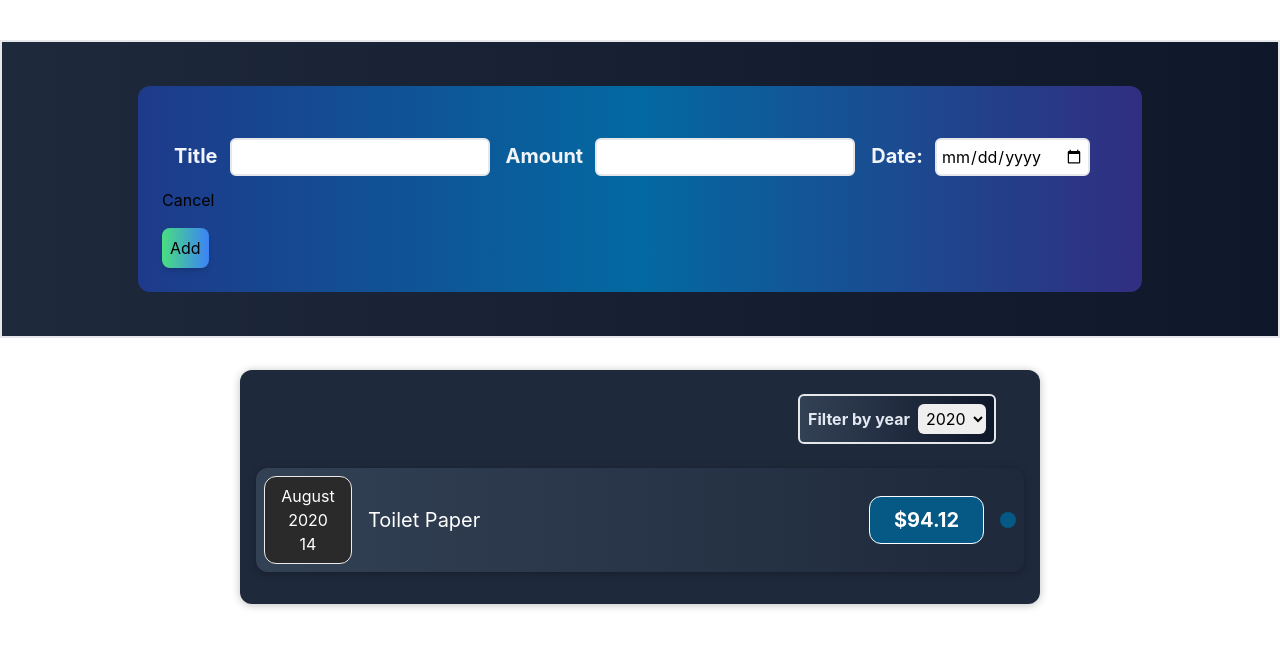
Repository: Sef24/expense-tracker
Page: /, after clicking the first element matching `button.flex`
The author's editor kept a copy of each file at every save. The page is drawn from the files as they stood at one save, then again after the next save.
The browser window is 1280 px wide. The pictures show the whole page.
The project was rebuilt for these pictures with package versions that can differ from the ones it lists, and the page was loaded fresh each time. Also part of the build but not shown: src/components/NewExpense/NewExpense.css, src/components/NewExpense/ExpenseForm.css.

Above is the page before, as saved 2022-05-03 16:36:50.

### public/index.html
<!DOCTYPE html>
<html lang="en">
  <head>
    <meta charset="utf-8" />
    <link rel="icon" href="%PUBLIC_URL%/favicon.ico" />
    <meta name="viewport" content="width=device-width, initial-scale=1" />

    <meta
      name="description"
      content="Web site created using create-react-app"
    />
    <link rel="apple-touch-icon" href="%PUBLIC_URL%/logo192.png" />
    <!--
      manifest.json provides metadata used when your web app is installed on a
      user's mobile device or desktop. See https://developers.google.com/web/fundamentals/web-app-manifest/
    -->
    <link rel="manifest" href="%PUBLIC_URL%/manifest.json" />
    <!--
      Notice the use of %PUBLIC_URL% in the tags above.
      It will be replaced with the URL of the `public` folder during the build.
      Only files inside the `public` folder can be referenced from the HTML.

      Unlike "/favicon.ico" or "favicon.ico", "%PUBLIC_URL%/favicon.ico" will
      work correctly both with client-side routing and a non-root public URL.
      Learn how to configure a non-root public URL by running `npm run build`.
    -->
    <title>React App</title>
  </head>
  <body>
    <noscript>You need to enable JavaScript to run this app.</noscript>
    <div id="root"></div>
    <!--
      This HTML file is a template.
      If you open it directly in the browser, you will see an empty page.

      You can add webfonts, meta tags, or analytics to this file.
      The build step will place the bundled scripts into the <body> tag.

      To begin the development, run `npm start` or `yarn start`.
      To create a production bundle, use `npm run build` or `yarn build`.
    -->
  </body>
</html>

### src/App.js
import Expenses from "./components/Expenses";
import NewExpense from "./components/NewExpense/NewExpense";
import { useState } from "react";

const DUMMY_DATA = [
  {
    id: "e1",
    title: "Toilet Paper",
    amount: 94.12,
    date: new Date(2020, 7, 14),
  },
  { id: "e2", title: "New TV", amount: 799.49, date: new Date(2021, 2, 12) },
  {
    id: "e3",
    title: "Car Insurance",
    amount: 294.67,
    date: new Date(2021, 2, 28),
  },
  {
    id: "e4",
    title: "New Desk (Wooden)",
    amount: 450,
    date: new Date(2021, 5, 12),
  },
];

function App() {
  const [expenses, setExpenses] = useState(DUMMY_DATA);

  const addExpenseHandler = (expense) => {
    setExpenses((prevExpenses) => {
      return [expense, ...prevExpenses];
    });
  };
  return (
    <div>
      <div>
        <NewExpense onAddExpense={addExpenseHandler} />
        <Expenses items={expenses} />
      </div>
    </div>
  );
}

export default App;

### src/components/Expenses.js
import React, { useState } from "react";
import ExpenseItem from "./ExpenseItem";
import "./Expenses.css";
import ExpensesList from "./ExpensesList";
import ExpensesFilter from "./NewExpense/ExpensesFilter";

function Expenses(props) {
  const [filteredYear, setFilteredYear] = useState("2020");

  const filterChangeHandler = (selectedYear) => {
    setFilteredYear(selectedYear);
  };

  const filteredExpenses = props.items.filter((expense) => {
    return expense.date.getFullYear().toString() === filteredYear;
  });

  return (
    <div>
      <div className="expenses  bg-slate-800 ... ">
        <ExpensesFilter
          selected={filteredYear}
          onChangeFilter={filterChangeHandler}
        />
        <ExpensesList items={filteredExpenses} />
      </div>
    </div>
  );
}

export default Expenses;

### src/components/NewExpense/NewExpense.js
import React from "react";
import "./NewExpense.css";
import ExpenseForm from "./ExpenseForm";
import { useState } from "react";

function NewExpense(props) {
  const [isEditing, setIsEditing] = useState(false);

  const saveExpenseDataHandler = (enteredExpenseData) => {
    const expenseData = {
      ...enteredExpenseData,
      id: Math.random().toString(),
    };

    props.onAddExpense(expenseData);
    setIsEditing(false);
  };

  const startEditingHandler = () => {
    setIsEditing(true);
  };

  const stopEditingHandler = () => {
    setIsEditing(false);
  };

  return (
    <div
      className="flex w-full p-7 mt-10 items-center justify-center border-2
      bg-gradient-to-r from-slate-800 to-slate-900 ... px-20"
    >
      {!isEditing && (
        <button
          onClick={startEditingHandler}
          className="flex items-center justify-center border-2 p-4 rounded-lg text-slate-50"
        >
          Add Expense
        </button>
      )}
      {isEditing && (
        <ExpenseForm
          onSaveExpenseData={saveExpenseDataHandler}
          onCancel={stopEditingHandler}
        />
      )}
    </div>
  );
}

export default NewExpense;

### src/components/ExpenseItem.js
import React, { useState } from "react";
import "./ExpenseItem.css";
import ExpenseDate from "./ExpenseDate";

function ExpenseItem(props) {
  const [title, setTitle] = useState(props.title);

  const clickHandler = () => {
    setTitle("Updated");
    console.log(title);
  };

  return (
    <li>
      <div className="expense-item bg-gradient-to-r  from-slate-700  to-slate-800 ... border-x-cyan-100 ">
        <ExpenseDate date={props.date} />

        <div className="expense-item__description">
          <h2>{props.title}</h2>

          <div className="expense-item__price bg-sky-800">${props.amount}</div>
        </div>
        <button
          className="p-2 ml-4 border-transparent rounded-full border-0
        bg-sky-800 font-bold text-slate-50"
          onClick={clickHandler}
        ></button>
      </div>
    </li>
  );
}

export default ExpenseItem;

### src/components/Expenses.css
.expenses {
  padding: 1rem;

  margin: 2rem auto;
  width: 50rem;
  max-width: 95%;
  border-radius: 12px;
  box-shadow: 0 1px 8px rgba(0, 0, 0, 0.25);
}

### src/components/ExpensesList.js
import React from "react";

import ExpenseItem from "./ExpenseItem";

const ExpensesList = (props) => {
  if (props.items.length === 0) {
    return (
      <h2 className="text-white font-extrabold text-xl flex items-center justify-center">
        Found no expenses...
      </h2>
    );
  }

  return (
    <ul>
      {props.items.map((expense) => (
        <ExpenseItem
          key={expense.id}
          id={expense.id}
          title={expense.title}
          amount={expense.amount}
          date={expense.date}
        />
      ))}
    </ul>
  );
};

export default ExpensesList;

### src/components/NewExpense/ExpensesFilter.js
import React from "react";

const ExpensesFilter = (props) => {
  const dropdownChangeHandler = (event) => {
    props.onChangeFilter(event.target.value);
  };
  return (
    <div className="">
      <div className="flex justify-end p-2 mr-5 ">
        <div
          className="border-2  rounded-md border-inherit p-2 ml-6
        bg-gradient-to-r from-slate-700 to-slate-900 ..."
        >
          <label className="text-slate-200 font-bold mr-2">
            Filter by year
          </label>
          <select
            value={props.selected}
            onChange={dropdownChangeHandler}
            className="rounded-md p-1"
          >
            <option value="2022">2022</option>
            <option value="2021">2021</option>
            <option value="2020">2020</option>
            <option value="2019">2019</option>
          </select>
        </div>
      </div>
    </div>
  );
};

export default ExpensesFilter;

### src/components/NewExpense/ExpenseForm.js
import React, { useState } from "react";
import "./ExpenseForm.css";

function ExpenseForm(props) {
  const [titleHandler, setTitleHandler] = useState("");
  const [amountHandler, setAmountHandler] = useState("");
  const [dateHandler, setDateHandler] = useState("");

  const handleTitleChange = (event) => {
    setTitleHandler(event.target.value);
  };

  const handleAmountChange = (event) => {
    setAmountHandler(event.target.value);
  };

  const handleDateChange = (event) => {
    setDateHandler(event.target.value);
  };

  const handleSubmit = (event) => {
    event.preventDefault();

    const expenseData = {
      title: titleHandler,
      amount: amountHandler,
      date: new Date(dateHandler),
    };
    props.onSaveExpenseData(expenseData);
    setTitleHandler("");
    setAmountHandler("");
    setDateHandler("");
  };

  return (
    <form
      className="bg-gradient-to-r from-blue-900 via-sky-700 to-indigo-900 ... p-6 m-4 rounded-xl"
      onSubmit={handleSubmit}
    >
      <div className="flex justify-center pt-4 m-3">
        <div className="font-bold text-slate-100 text-xl mr-1 mt-1">Title</div>
        <input
          className="border-2 mr-4 ml-2 rounded-md p-1 hover:bg-slate-50 active:bg-slate-50 "
          type="text"
          onChange={handleTitleChange}
          value={titleHandler}
        />

        <div className="font-bold text-slate-100 text-xl mr-1 mt-1">Amount</div>
        <input
          className="border-2 mr-4 ml-2 rounded-md p-1 hover:bg-slate-50 active:bg-slate-50"
          type="number"
          min="0.01"
          step="0.01"
          onChange={handleAmountChange}
          value={amountHandler}
        />

        <div className="font-bold text-slate-100 text-xl mr-1 mt-1">Date:</div>
        <input
          className="border-2 mr-4 ml-2 rounded-md p-1 hover:bg-slate-50 active:bg-slate-50"
          type="date"
          onChange={handleDateChange}
          value={dateHandler}
        />
      </div>
      <div>
        <button
          type="button"
          onClick={props.onCancel}
          className="flex items-center justify-center"
        >
          Cancel
        </button>
        <button
          type="submit"
          className="p-2 mt-4 border-3 border-solid rounded-lg shadow-md
          bg-gradient-to-r from-green-400 to-blue-500
          hover:from-pink-500 hover:to-yellow-500 ...
          active:opacity-75"
        >
          Add
        </button>
      </div>
    </form>
  );
}

export default ExpenseForm;

### src/components/ExpenseItem.css
.expense-item {
  display: flex;
  justify-content: space-between;
  align-items: center;
  box-shadow: 0 2px 8px rgba(0, 0, 0, 0.25);
  padding: 0.5rem;
  margin: 1rem 0;
  border-radius: 12px;
}

.expense-item__description {
  display: flex;
  flex-direction: column;
  gap: 1rem;
  align-items: flex-end;
  flex-flow: column-reverse;
  justify-content: flex-start;
  flex: 1;
}

.expense-item h2 {
  color: #3a3a3a;
  font-size: 1rem;
  flex: 1;
  margin: 0 1rem;
  color: white;
}

.expense-item__price {
  font-size: 1rem;
  font-weight: bold;
  color: white;

  border: 1px solid white;
  padding: 0.5rem;
  border-radius: 12px;
}

@media (min-width: 580px) {
  .expense-item__description {
    flex-direction: row;
    align-items: center;
    justify-content: flex-start;
    flex: 1;
  }

  .expense-item__description h2 {
    font-size: 1.25rem;
  }

  .expense-item__price {
    font-size: 1.25rem;
    padding: 0.5rem 1.5rem;
  }
}

### src/components/ExpenseDate.js
import React from "react";
import "./ExpenseDate.css";

function ExpenseDate(props) {
  const month = props.date.toLocaleString("en-US", { month: "long" });
  const day = props.date.getDate();
  const year = props.date.getFullYear();

  return (
    <div className="expense-date">
      <div className="expense__month">{month}</div>
      <div className="expense__year">{year}</div>
      <div className="expense__day">{day}</div>
    </div>
  );
}

export default ExpenseDate;

Loaded but not shown: src/index.js (common file); src/index.css (common file); src/components/ExpenseDate.css (common file); tailwind.config.js (common file)

After the next save:
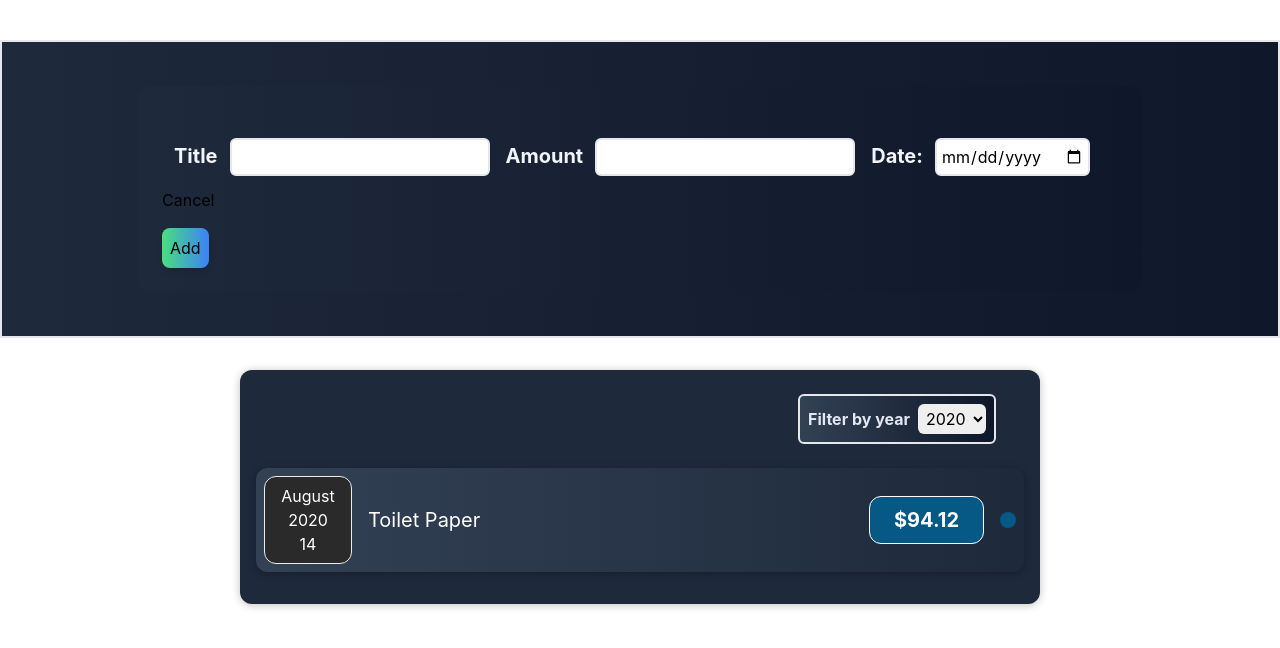
Saved 2 min 26 s later.
--- a/src/components/NewExpense/ExpenseForm.js
+++ b/src/components/NewExpense/ExpenseForm.js
@@ -34,7 +34,7 @@ function ExpenseForm(props) {
 
   return (
     <form
-      className="bg-gradient-to-r from-blue-900 via-sky-700 to-indigo-900 ... p-6 m-4 rounded-xl"
+      className="bg-gradient-to-r from-slate-800 to-slate-900 ... p-6 m-4 rounded-xl"
       onSubmit={handleSubmit}
     >
       <div className="flex justify-center pt-4 m-3">
